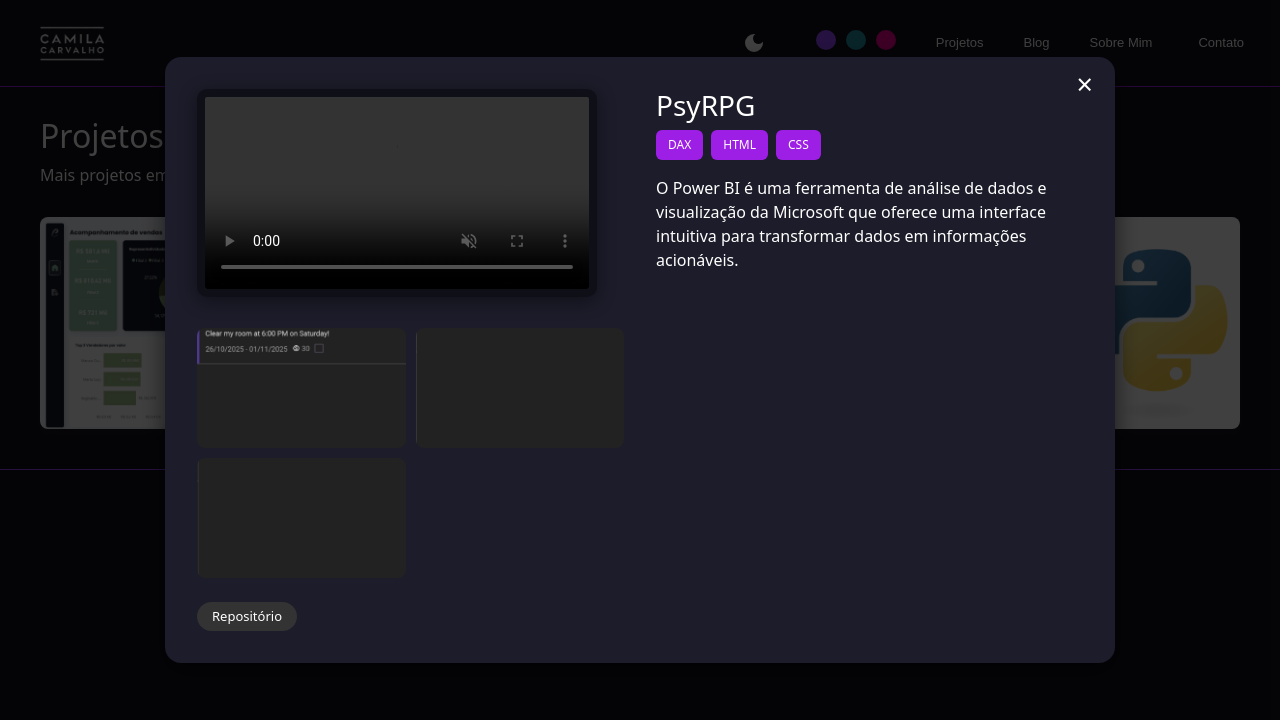
Repository: bycmlla/Portfolio-CamilaAguiar
Page: /#/projects, after clicking the first element matching `div.card-projects`
An editor plug-in stored every save of this project. The page is shown before and after the next save, followed by the edit.
The browser window is 1280 px wide. The pictures show the whole page.
Pictures or frames that could not be fetched are drawn as grey boxes. The project was rebuilt for these pictures with package versions that can differ from the ones it lists, and the page was loaded fresh each time. Also part of the build but not shown: src/components/TypeWriter/TypeWriter.js, src/components/Skills/Skills.css, src/components/SectionTitle/SectionTitle.css, src/components/SectionTitle/SectionTitle.js, src/components/Skills/Skills.js, src/components/Carousel/Carousel.css, src/components/Carousel/Carousel.js, src/components/OverlayContact/OverlayContact.css and 22 more. Imported but missing from the stored project, and not drawn on this page: src/assets/files/curriculo-camila-carvalho.pdf, src/assets/videos/psyrpgvideo.mov.

Above is the page before, as saved 2025-10-26 15:40:17.

After the next save:
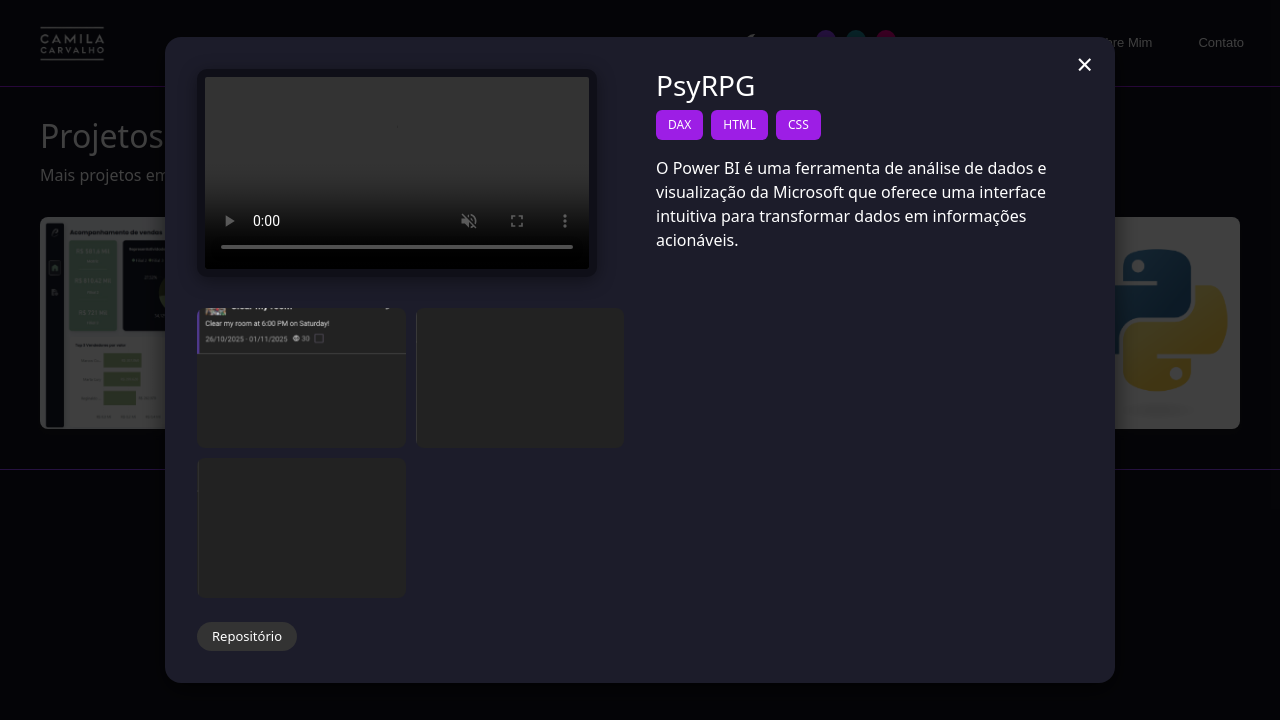
Saved 11 s later.
--- a/src/pages/Projects/Projects.css
+++ b/src/pages/Projects/Projects.css
@@ -264,7 +264,7 @@
 
 .gallery-img {
   width: 100%;
-  height: 120px;
+  height: 140px;
   object-fit: cover;
   border-radius: 8px;
 }
